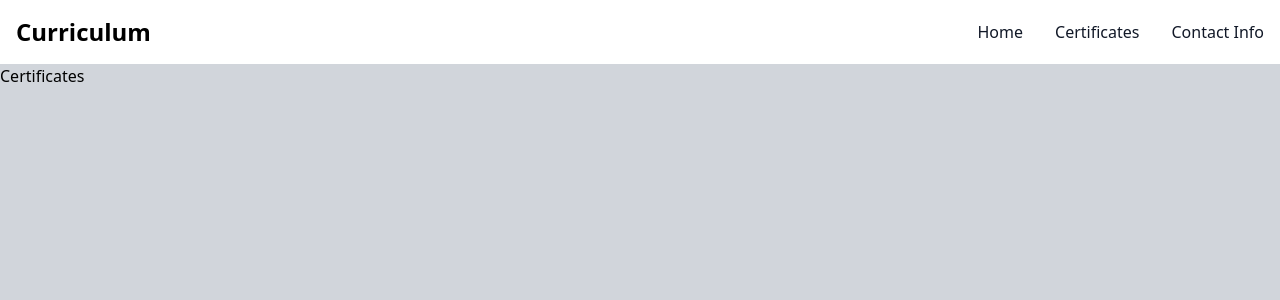
Repository: JetPi/Presentatio-Project
Page: /about/socials
The author's editor kept a copy of each file at every save. The page is drawn from the files as they stood at one save, then again after the next save.
The browser window is 1280 px wide. The pictures show the whole page.
The project was rebuilt for these pictures with package versions that can differ from the ones it lists, and the page was loaded fresh each time. The framework's server and built-in components were replaced by stand-ins that run in the browser. Also part of the build but not shown: next.config.js.

Above is the page before, as saved 2023-04-04 13:49:25.

### src/pages/_app.tsx
import "@/styles/globals.css";
import type { AppProps } from "next/app";
import { NavBar } from "@/components/NavBar";

const navList = [
  { text: "Home", href: "/" },
  { text: "Certificates", href: "/about/certificates" },
  { text: "Contact Info", href: "/about/socials" },
];

export default function App({ Component, pageProps }: AppProps) {
  return (
    <div className="min-h-screen pb-2 bg-gray-300 h-cover">
      <NavBar navList={navList} />
      <Component {...pageProps} />
    </div>
  );
}

### src/pages/about/socials.tsx
export default function ContactInfo() {
  return <div>Certificates</div>;
}

### src/styles/globals.css
@tailwind base;
@tailwind components;
@tailwind utilities;

:root {
  --max-width: 1100px;
  --border-radius: 12px;
  --font-mono: ui-monospace, Menlo, Monaco, "Cascadia Mono", "Segoe UI Mono",
    "Roboto Mono", "Oxygen Mono", "Ubuntu Monospace", "Source Code Pro",
    "Fira Mono", "Droid Sans Mono", "Courier New", monospace;

  --foreground-rgb: 0, 0, 0;
  --background-start-rgb: 214, 219, 220;
  --background-end-rgb: 255, 255, 255;

  --primary-glow: conic-gradient(
    from 180deg at 50% 50%,
    #16abff33 0deg,
    #0885ff33 55deg,
    #54d6ff33 120deg,
    #0071ff33 160deg,
    transparent 360deg
  );
  --secondary-glow: radial-gradient(
    rgba(255, 255, 255, 1),
    rgba(255, 255, 255, 0)
  );

  --tile-start-rgb: 239, 245, 249;
  --tile-end-rgb: 228, 232, 233;
  --tile-border: conic-gradient(
    #00000080,
    #00000040,
    #00000030,
    #00000020,
    #00000010,
    #00000010,
    #00000080
  );

  --callout-rgb: 238, 240, 241;
  --callout-border-rgb: 172, 175, 176;
  --card-rgb: 180, 185, 188;
  --card-border-rgb: 131, 134, 135;
}

@media (prefers-color-scheme: dark) {
  :root {
    --foreground-rgb: 255, 255, 255;
    --background-start-rgb: 0, 0, 0;
    --background-end-rgb: 0, 0, 0;

    --primary-glow: radial-gradient(rgba(1, 65, 255, 0.4), rgba(1, 65, 255, 0));
    --secondary-glow: linear-gradient(
      to bottom right,
      rgba(1, 65, 255, 0),
      rgba(1, 65, 255, 0),
      rgba(1, 65, 255, 0.3)
    );

    --tile-start-rgb: 2, 13, 46;
    --tile-end-rgb: 2, 5, 19;
    --tile-border: conic-gradient(
      #ffffff80,
      #ffffff40,
      #ffffff30,
      #ffffff20,
      #ffffff10,
      #ffffff10,
      #ffffff80
    );

    --callout-rgb: 20, 20, 20;
    --callout-border-rgb: 108, 108, 108;
    --card-rgb: 100, 100, 100;
    --card-border-rgb: 200, 200, 200;
  }
}

* {
  box-sizing: border-box;
  padding: 0;
  margin: 0;
}

html,
body {
  max-width: 100vw;
  overflow-x: hidden;
}

body {
  color: rgb(var(--foreground-rgb));
}

a {
  color: inherit;
  text-decoration: none;
}

@media (prefers-color-scheme: dark) {
  html {
    color-scheme: dark;
  }
}

### src/components/NavBar.tsx
import Image from "next/image";
import Link from "next/link";
import { ReactNode } from "react";
type NavData = {
  href: string;
  text: string;
};

interface Props {
  children?: ReactNode | string;
  href?: string;
  navList?: Array<NavData>;
}

function NavItem({ children, href }: Props) {
  return (
    <li>
      <Link
        href={{ pathname: href }}
        className="block py-2 pl-3 pr-4 text-gray-900 rounded hover:bg-gray-100 md:hover:bg-transparent md:border-0 md:hover:text-blue-700 md:p-0 dark:text-white md:dark:hover:text-blue-500 dark:hover:bg-gray-700 dark:hover:text-white md:dark:hover:bg-transparent"
      >
        {children}
      </Link>
    </li>
  );
}

export function NavBar({ navList }: Props) {
  return (
    <nav className="bg-white border-gray-200 dark:bg-gray-900">
      <div className="flex flex-wrap items-center justify-between max-w-screen-xl p-4 mx-auto">
        <span className="self-center text-2xl font-semibold whitespace-nowrap dark:text-white">
          Curriculum
        </span>
        <button
          data-collapse-toggle="navbar-default"
          type="button"
          className="inline-flex items-center p-2 ml-3 text-sm text-gray-500 rounded-lg md:hidden hover:bg-gray-100 focus:outline-none focus:ring-2 focus:ring-gray-200 dark:text-gray-400 dark:hover:bg-gray-700 dark:focus:ring-gray-600"
          aria-controls="navbar-default"
          aria-expanded="false"
        >
          <span className="sr-only">Open main menu</span>
          <svg
            className="w-6 h-6"
            aria-hidden="true"
            fill="currentColor"
            viewBox="0 0 20 20"
            xmlns="http://www.w3.org/2000/svg"
          >
            <path
              fillRule="evenodd"
              d="M3 5a1 1 0 011-1h12a1 1 0 110 2H4a1 1 0 01-1-1zM3 10a1 1 0 011-1h12a1 1 0 110 2H4a1 1 0 01-1-1zM3 15a1 1 0 011-1h12a1 1 0 110 2H4a1 1 0 01-1-1z"
              clipRule="evenodd"
            ></path>
          </svg>
        </button>
        <div className="hidden w-full md:block md:w-auto" id="navbar-default">
          <ul className="flex flex-col p-4 mt-4 font-medium border border-gray-100 rounded-lg md:p-0 bg-gray-50 md:flex-row md:space-x-8 md:mt-0 md:border-0 md:bg-white dark:bg-gray-800 md:dark:bg-gray-900 dark:border-gray-700">
            {navList?.map((item) => {
              return (
                <NavItem href={item.href} key={Math.random()}>
                  {item.text}
                </NavItem>
              );
            })}
          </ul>
        </div>
      </div>
    </nav>
  );
}

### src/components/Card.tsx
import { redirect } from "next/dist/server/api-utils";
import Link from "next/link";
import { useRouter } from "next/router";
import { Url } from "url";
import React, { MouseEventHandler, ReactNode, useState } from "react";
interface Props {
  children?: ReactNode;
  styling?: string;
  href?: string;
}

interface ButtonProps {
  children?: ReactNode;
  styling?: string;
  href: Url;
}

export function Card({ styling, children }: Props) {
  return (
    <div
      className={`${
        styling ? styling : "flex justify-stretch p-6"
      }  bg-white border border-gray-200 rounded-lg shadow dark:bg-gray-800 dark:border-gray-700 dark:hover:bg-gray-700`}
    >
      {children}
      <p className="font-normal text-gray-700 dark:text-gray-400"></p>
    </div>
  );
}

export function CardButton({ href, styling, children }: ButtonProps) {
  return (
    <Link
      className={`${
        styling ? styling : "w-32  "
      } p-2 text-center bg-white border border-gray-200 rounded-lg shadow hover:bg-gray-100 dark:bg-gray-800 dark:border-gray-700 dark:hover:bg-gray-700`}
      href={href.href}
    >
      {children}
    </Link>
  );
}

export function CardTitle({ children }: Props) {
  return (
    <h5 className="mb-2 text-2xl font-bold tracking-tight text-center text-gray-900 dark:text-white">
      {children}
    </h5>
  );
}

Loaded but not shown: src/pages/_document.tsx (common file); tailwind.config.js (common file)

After the next save:
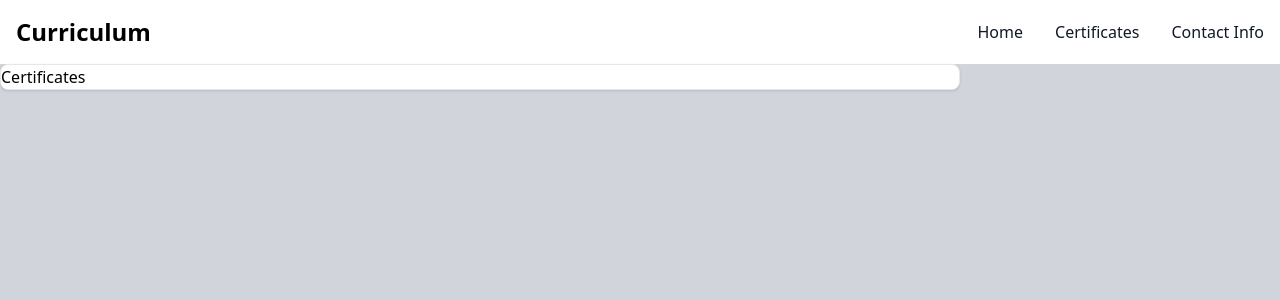
Saved 3 min 6 s later.
--- a/src/pages/about/socials.tsx
+++ b/src/pages/about/socials.tsx
@@ -1,3 +1,5 @@
+import { Card } from "@/components/Card";
+
 export default function ContactInfo() {
-  return <div>Certificates</div>;
+  return <Card styling="w-3/4">Certificates</Card>;
 }
